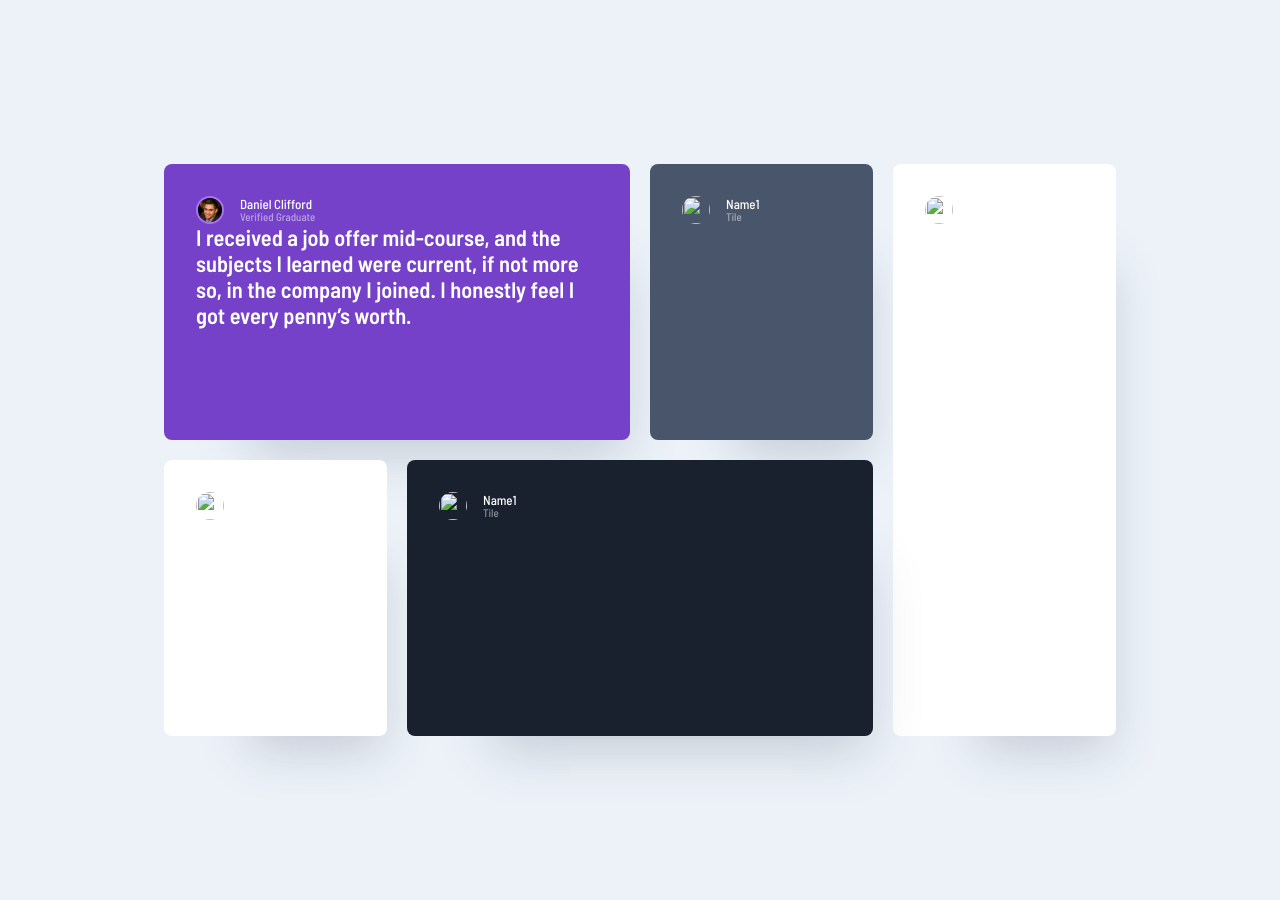
Repository: brandontaylor1/testimonial-card
Page: index.html
These files come from the project's save history. The page is drawn as it stood at one moment and after the next save; the edit follows.
The browser window is 1280 px wide. The pictures show the whole page.

Above is the page before, as saved 2025-01-10 23:52:27.

After the next save:
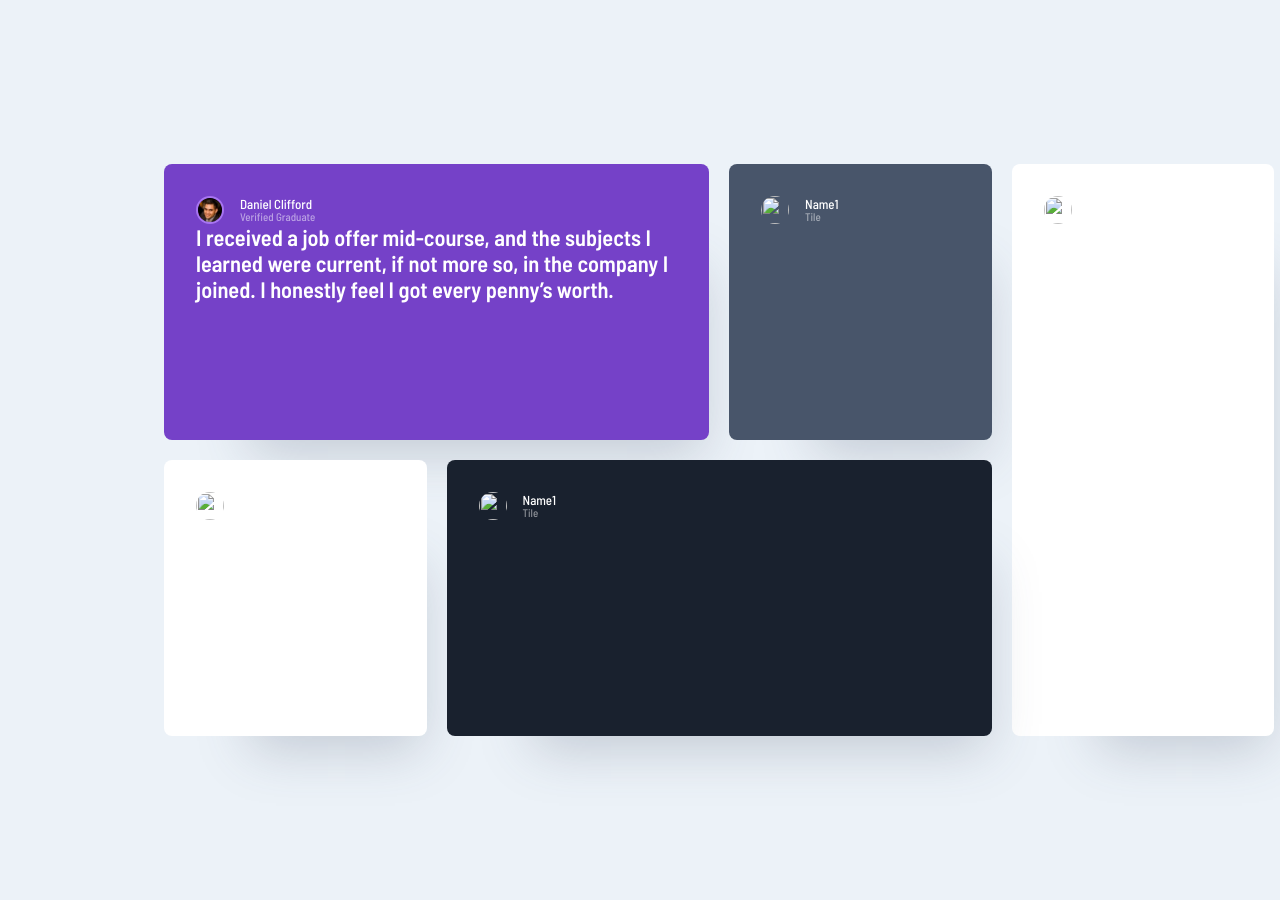
Saved 104 s later.
--- a/styles.css
+++ b/styles.css
@@ -27,6 +27,7 @@ body {
     grid-template-rows: repeat(2, 1fr);
     gap: 20px;
     height: 572px;
+    width: 1110px;
 }
 
 .card {

After the save that followed:
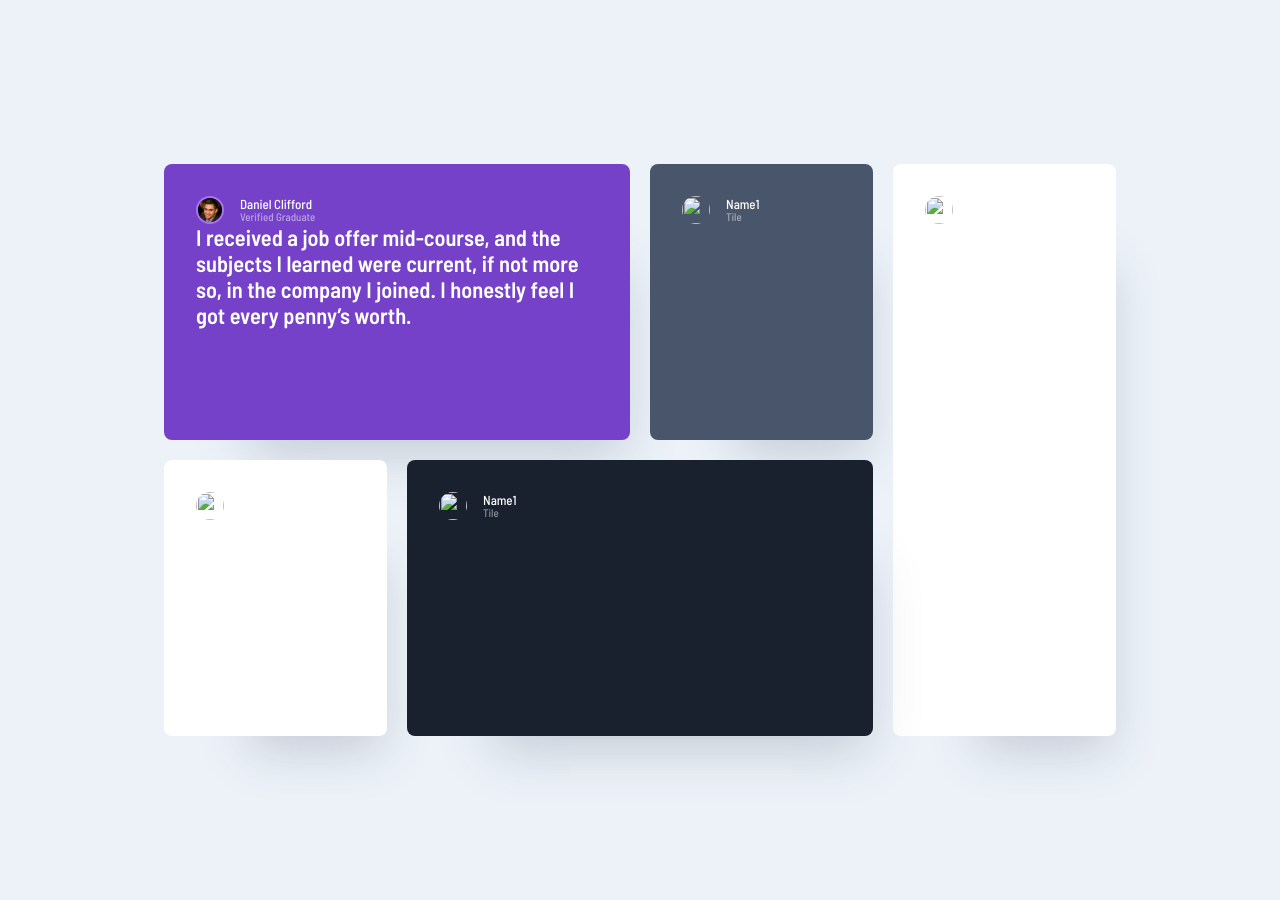
Saved 54 s later.
--- a/styles.css
+++ b/styles.css
@@ -19,6 +19,11 @@ body {
     background-color: #ECF2F8;
     padding: 164px;
     font-family: "Barlow Semi Condensed", sans-serif;
+}
+
+.container {
+    display: flex;
+
 }
 
 .testimonial-grid {
